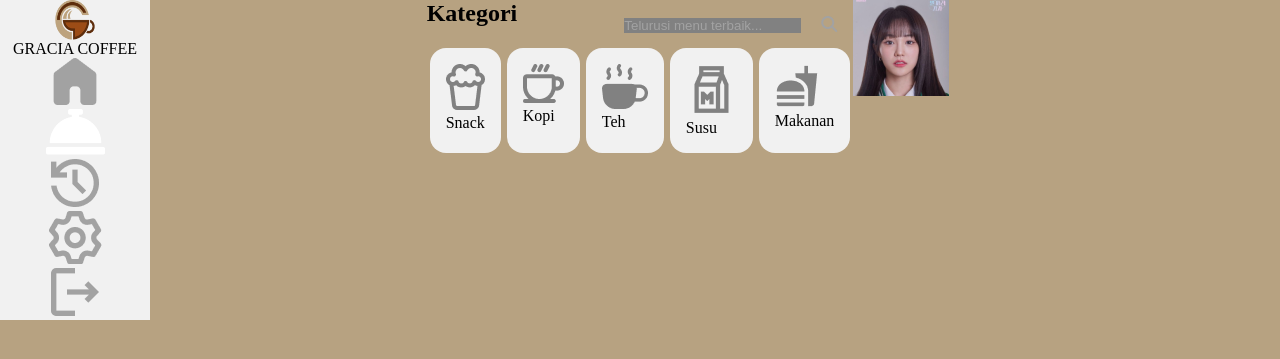
Repository: DanielChuaaa/sbd2
Page: index.html
The author's editor kept a copy of each file at every save. The page is drawn from the files as they stood at one save, then again after the next save.
The browser window is 1280 px wide. The pictures show the whole page.
Some web libraries are served in a nearby version.

Above is the page before, as saved 2023-10-20 10:39:53.

After the next save:
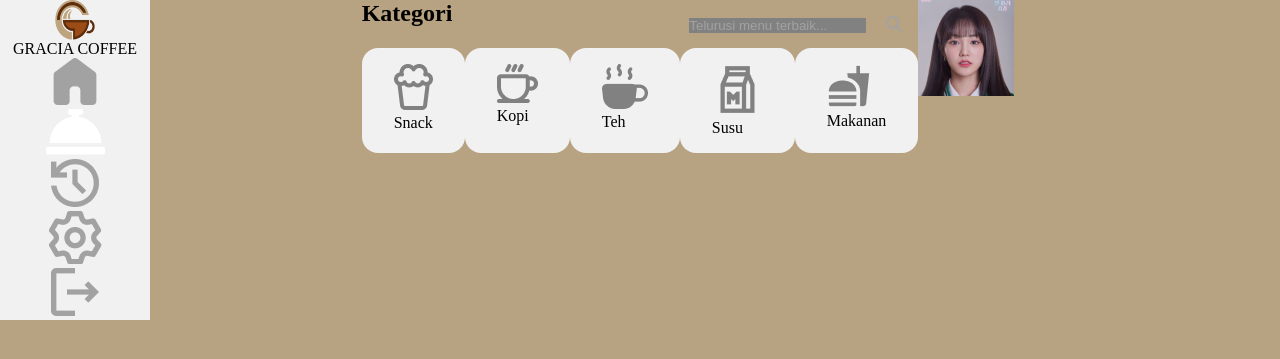
Saved 24 s later.
--- a/style.css
+++ b/style.css
@@ -71,6 +71,6 @@ body{
 .iconMenu{
     background: var(--clr-neutral-500);
 
-    padding: 1rem;
+    padding: 1rem 2rem;
     border-radius: 1rem;
 }
